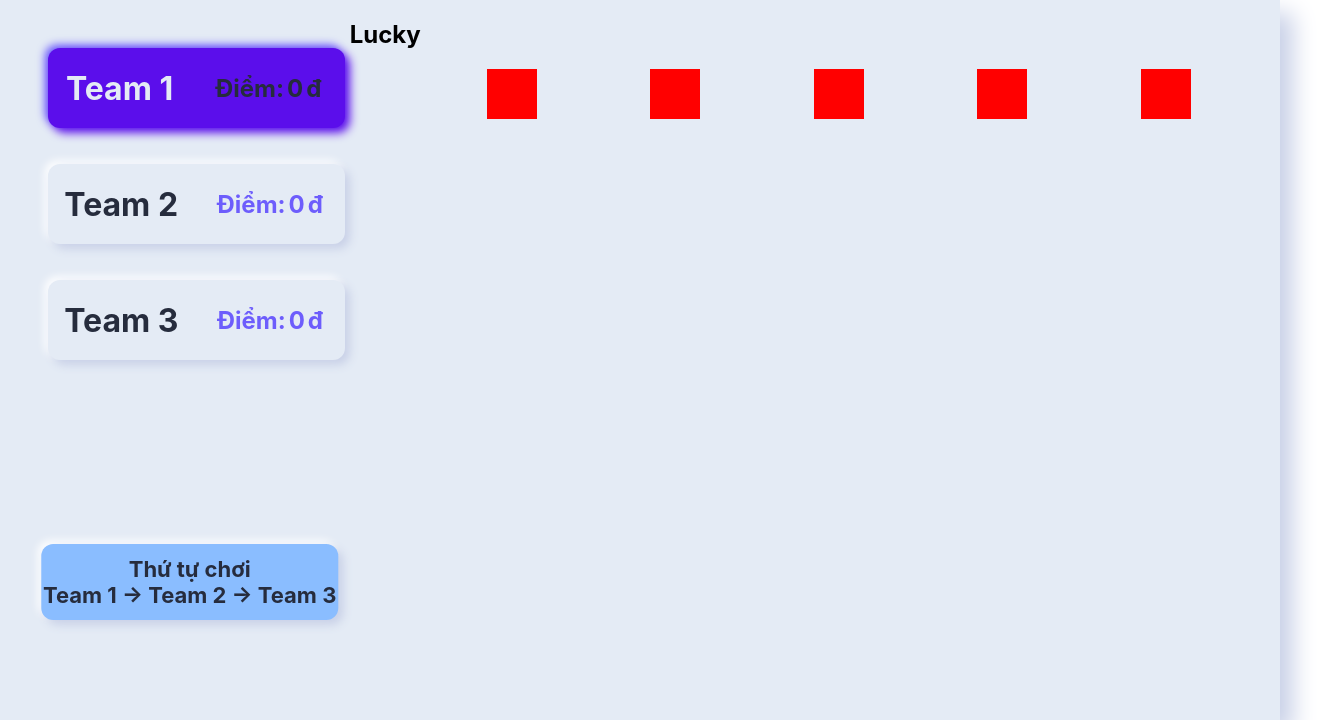
Repository: tinh2044/quzzi_game
Page: /
These files come from the project's save history. The page is drawn as it stood at one moment and after the next save; the edit follows.
The browser window is 1280 px wide. The page is 1328 px wide, so the pictures cover 1328 px, including what lies to the right of the window. The pictures show the whole page.
The project was rebuilt for these pictures with package versions that can differ from the ones it lists, and the page was loaded fresh each time. Also part of the build but not shown: src/components/Notification.jsx, src/components/AnswerItem.jsx, src/components/Question.jsx, src/components/SortTeam.jsx.

Above is the page before, as saved 2022-12-15 09:42:40.

### src/index.js
import React from 'react';
import ReactDOM from 'react-dom/client';
import './index.css';
import App from './App';
import reportWebVitals from './reportWebVitals';

const root = ReactDOM.createRoot(document.getElementById('root'));
root.render(
  // <React.StrictMode>
  <App />,
  {/* </React.StrictMode> */ }
);

// If you want to start measuring performance in your app, pass a function
// to log results (for example: reportWebVitals(console.log))
// or send to an analytics endpoint. Learn more: https://bit.ly/CRA-vitals
reportWebVitals();

### src/App.css
:root {
    --primary-light: #8abdff;
    --primary: #6d5dfc;
    --primary-dark: #5b0eeb;
    --white: #ffffff;
    --greyLight-1: #e4ebf5;
    --greyLight-2: #c8d0e7;
    --greyLight-3: #bec8e4;
    --greyDark: #9baacf;
    --cl-text: #262c3d;
}
#root {
    height: 100%;
}

body {
    overflow: hidden;
    height: 100vh;
    user-select: none;
}
.App {
    height: 100%;
}
.home {
    position: relative;
    width: 100%;
    height: 100%;
    background: var(--greyLight-1);
    display: flex;
    box-shadow: 0.8rem 0.8rem 1.4rem var(--greyLight-2), -0.2rem -0.2rem 1.8rem var(--white);
}

.team {
    width: 35%;
    height: 100%;
    position: relative;
    padding: 0 12px;
    animation: FadeToLeft 0.8s linear;
}

.team_item {
    position: absolute;
    top: 12px;
    height: 80px;
    width: 85%;
    display: flex;
    align-items: center;
    justify-content: space-around;
    margin: 36px;
    transition: all 0.8s linear;
    border-radius: 12px;
    box-shadow: 0.3rem 0.3rem 0.6rem var(--greyLight-2), -0.2rem -0.2rem 0.5rem var(--white);
    background: #ffffff00;
    color: var(--cl-text);
}
.team_item:nth-child(2) {
    animation-duration: 1.5s;
}
.team_item:nth-child(3) {
    animation-duration: 2.5s;
}
.point {
    display: flex;
    align-items: center;
    color: var(--primary);
    font-weight: bold;
    font-size: 24px;
    margin: 0 3px;
}
.number,
.team_item p {
    margin: 0 3px;
}
.order-team {
    position: absolute;
    left: 50%;
    transform: translateX(-45%);
    bottom: 100px;
    width: 85%;
    padding: 12px 0;
    border-radius: 12px;
    box-shadow: 0.3rem 0.3rem 0.6rem var(--greyLight-2), -0.2rem -0.2rem 0.5rem var(--white);
    background: var(--primary-light);
    font-size: 22px;
    font-weight: bold;
    color: var(--cl-text);
    display: flex;
    flex-direction: column;
    align-items: center;
    justify-content: center;
}
.order-team p {
    margin: 0;
}
.active {
    background: var(--primary-dark);
    color: var(--greyLight-1);
    box-shadow: 0.3rem 0.3rem 0.6rem var(--primary-dark), -0.2rem -0.2rem 0.5rem var(--primary);
}
.active .point,
.active .number {
    color: var(--cl-text);
}
.question {
    width: 50%;
    flex: 1;
    padding: 24px;
}
.question h1 {
    box-shadow: 0.3rem 0.3rem 0.6rem var(--greyLight-2), -0.2rem -0.2rem 0.5rem var(--white);
    border-radius: 12px;
    padding: 4px;
    text-align: center;
    animation: FadeToTop 3s cubic-bezier(0.075, 0.82, 0.165, 1);
}

.answer {
    display: flex;
    flex-wrap: wrap;
    justify-content: space-between;
    padding: 24px;
}
.answer-item {
    width: 40%;
    background: var(--greyLight-3);
    padding: 10px;
    border-radius: 8px;
    transition: background 0.3s linear, opacity 1s ease-out, transform 0.3s linear;
    cursor: pointer;

    box-shadow: 0.3rem 0.3rem 0.6rem var(--greyLight-2), -0.2rem -0.2rem 0.5rem var(--white);
}
.answer-item:hover {
    background: var(--primary-light);
    transform: scale(1.1);
}

.A,
.C {
    animation: FadeToLeft 1s cubic-bezier(0.25, 0.46, 0.45, 0.94);
}

.B,
.D {
    animation: FadeToRight 1s cubic-bezier(0.25, 0.46, 0.45, 0.94);
}
.C,
.D {
    animation-duration: 1.8s;
}

.incorrect {
    background-color: #f44336 !important;
    opacity: 0;
    transition: background 0.3s linear, opacity 1s ease-out, transform 0.8s linear;
    transform: scale(0) !important;
}
.correct {
    background-color: #4caf50 !important;
    transform: scale(1.15);
}
.correct:hover {
    transform: scale(1.15);
}

.note {
    min-height: 36px;
    margin-top: 54px;
    animation: FadeToBottom 4s cubic-bezier(0.075, 0.82, 0.165, 1);
    background: var(--greyLight-1);
    box-shadow: 0.3rem 0.3rem 0.6rem var(--greyLight-2), -0.2rem -0.2rem 0.5rem var(--white);
    padding: 8px;
    border-radius: 12px;
    position: relative;
}

.note p {
    margin: 0;
    font-size: 32px;
    font-weight: bold;
    color: #40485a;
    text-align: center;
}

.overlay {
    width: 100%;
    height: 100%;
    display: flex;
    align-items: center;
    justify-content: center;
}

.sort-team {
    width: 50%;
    height: 40%;
    display: flex;
    flex-direction: column;
    align-items: center;
    background-color: var(--greyLight-1);
    border-radius: 1rem;
    box-shadow: 0.3rem 0.3rem 0.6rem var(--greyLight-2), -0.2rem -0.2rem 0.5rem var(--greyLight-2);
    padding: 12px;
    padding-top: 36px;
    animation: Scale 2s cubic-bezier(0.19, 1, 0.22, 1);
}
.sort-team label {
    width: 80%;
    box-shadow: 0.3rem 0.3rem 0.6rem var(--greyLight-2), -0.2rem -0.2rem 0.5rem var(--greyLight-2);
    padding: 8px;
    font-size: 24px;
    font-weight: bold;
    color: var(--cl-text);
    border-radius: 8px;
    text-align: center;
    cursor: pointer;
}

.sort-team #input {
    height: 42px;
    width: 85%;
    margin: 24px;
    border: none;
    border-radius: 16px;
    font-size: 1.3rem;
    padding-left: 12px;
    box-shadow: inset 0.2rem 0.2rem 0.5rem var(--greyLight-2), inset -0.2rem -0.2rem 0.5rem var(--white);
    color: var(--greyDark);
}
input:focus {
    border: none;
    outline: none;
}

.button-submit {
    width: 35%;
    display: flex;
    align-items: center;
    justify-content: center;
    border-radius: 1rem;
    font-size: 1.5rem;
    padding: 8px 4px;
    color: var(--cl-text);
    font-weight: bold;
    box-shadow: 0.3rem 0.3rem 0.6rem var(--greyLight-2), -0.2rem -0.2rem 0.5rem var(--greyLight-2);
    transition: all 0.3s cubic-bezier(0.47, 0, 0.745, 0.715);
    cursor: pointer;
}
.button-submit:hover {
    transform: scale(1.2);
    box-shadow: 0.3rem 0.3rem 0.6rem var(--greyDark), -0.2rem -0.2rem 0.5rem var(--greyDark);
}
@keyframes FadeToTop {
    0% {
        transform: translateY(-42px);
        opacity: 0;
    }
    100% {
        transform: translateY(0px);
        opacity: 1;
    }
}
@keyframes FadeToBottom {
    0% {
        transform: translateY(100px);
        opacity: 0;
    }
    100% {
        transform: translateY(0px);
        opacity: 1;
    }
}
@keyframes FadeToLeft {
    0% {
        transform: translateX(-100px);
        opacity: 0;
    }
    100% {
        transform: translateY(0px);
        opacity: 1;
    }
}
@keyframes FadeToRight {
    0% {
        transform: translateX(100px);
        opacity: 0;
    }
    100% {
        transform: translateY(0px);
        opacity: 1;
    }
}
@keyframes Scale {
    0% {
        transform: scale(0.3);
        opacity: 0;
    }
    100% {
        transform: scale(1);
        opacity: 1;
    }
}
.lucky {
    width: 100%;
}
.main-lucky {
    width: 100%;
    display: flex;
    align-items: center;
    justify-content: space-evenly;
    padding: 0 24px;
}
.item-lucky {
    width: 50px;
    height: 50px;
    background-color: red;
}

### src/components/Home.jsx
import React, { useCallback, useLayoutEffect, useState } from 'react'

import Question from './Question'
import Team from './Team'
import SortTeam from './SortTeam'

import listQuestion from '../data'
import { listTeam } from '../data'
import LuckyWheel from './LuckyWheel'

import "../App.css"
function Home() {
  const [newListTeam, setNewListTeam] = useState(listTeam)
  const [activeTeam, setActiveTeam] = useState(1);
  const [crrQuestion, setCrrQuestion] = useState(listQuestion[0])
  const [correct, setCorrect] = useState(false)
  const [showTeam, setShowTeam] = useState(true)
  const [showWheel, setShowWheel] = useState(true)
  const handleNextQuestion = useCallback((e) => {

    if (e.keyCode === 13 && correct) {
      setActiveTeam((prev) => prev < 3 ? prev + 1 : 1)
      setCorrect(false)
      setCrrQuestion((prev) => {
        const crrIndex = listQuestion.indexOf(prev)
        if (crrIndex < listQuestion.length - 1) {
          return listQuestion[crrIndex + 1]
        }
        else return listQuestion[0]
      })
    }
  }, [correct])


  useLayoutEffect(() => {
    window.addEventListener("keyup", handleNextQuestion)

  }, [handleNextQuestion])

  return (
    <div className="home">
      {
        showTeam ? <Team listTeam={newListTeam} activeTeam={activeTeam} correct={correct} />
          : <SortTeam setShowTeam={setShowTeam} setTeam={setNewListTeam} team={newListTeam} />
      }
      {
        showWheel ? <LuckyWheel />
          : <Question
            question={crrQuestion}
            setQuestion={setCrrQuestion}
            lengthListQuestion={listQuestion.length}
            setActiveTeam={setActiveTeam}
            setNewListTeam={setNewListTeam}
            activeTeam={activeTeam}
            setCorrect={setCorrect}
            correct={correct}
            listTeam={newListTeam}
            showTeam={showTeam}
          />
      }




    </div>
  )
}

export default Home

### src/components/Team.jsx
import React from 'react'


import "../App.css"
import TeamItem from './TeamItem'

function Team({ listTeam, activeTeam, correct }) {
  const orderTeam = listTeam.map(item => item.name).join(" -> ")

  return (
    <div className='team'>
      {listTeam.map(item => (
        <TeamItem key={item.id} team={item} activeTeam={activeTeam} correct={correct} />
      ))}
      <div className='order-team'>
        <p >Thứ tự chơi</p>
        {orderTeam}
      </div>
    </div>
  )
}

export default Team

### src/data/index.js
const listQuestion = [
    {
        id: 1,
        nameQuestion: 'Ứng với công thức C4H8O2 có bao nhiêu este là đồng phân của nhau ?',
        answer: {
            A: "2",
            B: "3",
            C: "4",
            D: "5"
        },
        correct: "C",
    },
    {
        id: 2,
        nameQuestion: 'Este có mùi dứa là?',
        answer: {
            A: "isoamyl axetat",
            B: "etyl butirat",
            C: "etyl axetat",
            D: "geranyl axctat"
        },
        correct: "B",
    },
    {
        id: 3,
        nameQuestion: 'Este nào sau đây khi phản ứng với dung dịch NaOH dư, đun nóng không tạo ra hai muối?',
        answer: {
            A: "C6H5COOC6H5 (phenyl benzoat)",
            B: "CH3COO-[CH2]2-OOCCH2CH3",
            C: "CH3OOC-COOCH",
            D: "CH3COOC6H5 (phenyl axetat)"
        },
        correct: "C",
    },
    {
        id: 4,
        nameQuestion: 'Đun nóng este HCOOCH3 với một lượng vừa đủ dung dịch NaOH, sản phẩm thu được là?',
        answer: {
            A: "CH3COONa và C2H5OH",
            B: "HCOONa và CH3OH",
            C: "HCOONa và C2H5OH",
            D: "CH3COONa và CH3OH"
        },
        correct: "B",
    },
    {
        id: 5,
        nameQuestion: 'Este X chứa vòng benzen có công thức phân từ là C8H8C2. số công thức cấu tạo của X là ',
        answer: {
            A: "3",
            B: "4",
            C: "5",
            D: "6"
        },
        correct: "D",
    },
    {
        id: 6,
        nameQuestion: 'Xà phòng hoá chất nào sau đây thu được glixerol?',
        answer: {
            A: "tristearin",
            B: "metyl axetat",
            C: "metyl fomat",
            D: "benzyl axetat"
        },
        correct: "A",
    },
    {
        id: 7,
        nameQuestion: 'Chất nào sau đây có phân tử khối lớn nhất ?',
        answer: {
            A: "triolein ",
            B: "tripanmitin ",
            C: " tristearin",
            D: "trilinolein"
        },
        correct: "B",
    },
    {
        id: 8,
        nameQuestion: 'Nước ta nằm ở vị trí: ?',
        answer: {
            A: "rìa phía Đông của bán đảo Đông Dương ",
            B: "rìa phía Tây của bán đảo Đông Dương ",
            C: "trung tâm châu Á",
            D: "phía đông Đông Nam Á"
        },
        correct: "A",
    }, {
        id: 9,
        nameQuestion: 'Nằm ở rìa phía Đông của bán đảo Đông Dương là nước: ?',
        answer: {
            A: "Lào ",
            B: "Campuchia ",
            C: "Việt Nam",
            D: "Mi-an-ma"
        },
        correct: "C",
    }, {
        id: 10,
        nameQuestion: 'Điểm cực Bắc của nước ta là xã Lũng Cú thuộc tỉnh: ?',
        answer: {
            A: "Cao Bằng ",
            B: " Hà Giang ",
            C: "Yên Bái",
            D: "Lạng Sơn"
        },
        correct: "B",
    }, {
        id: 11,
        nameQuestion: 'Điểm cực Đông của nước ta là xã Vạn Thạnh thuộc tỉnh: ?',
        answer: {
            A: " Ninh Thuận ",
            B: " Khánh Hòa ",
            C: " Đà Nẵng",
            D: "Phú Yên"
        },
        correct: "B",
    }, {
        id: 12,
        nameQuestion: 'Ở tỉnh Khánh Hòa có một đặc điểm tự nhiên rất đặc biệt là: ?',
        answer: {
            A: "Là tỉnh duy nhất có nhiều đảo ",
            B: "Là tỉnh có điểm cực Đông nước ta ",
            C: "Là tỉnh có nhiều hải sản nhất",
            D: "Là tỉnh có nhiều than nhất"
        },
        correct: "B",
    },
    {
        id: 13,
        nameQuestion: 'Đặc điểm nào sau đây không đúng với lãnh thổ nước ta ?',
        answer: {
            A: "Nằm hoàn toàn trong vùng nhiệt đới nửa cầu Bắc ",
            B: "Nằm trọn trong múi giờ số 8 ",
            C: "Nằm trong vùng có khí hậu nhiệt đới ẩm gió mùa",
            D: "Nằm trong vùng chịu ảnh hưởng của gió Mậu dịch "
        },
        correct: "B",
    },

]

export const listTeam = [{
    name: "Team 1",
    points: 0,
    rank: 1,
    id: 1,
}, {
    name: "Team 2",
    points: 0,
    rank: 2,
    id: 2,
}, {
    name: "Team 3",
    points: 0,
    rank: 3,
    id: 3,
}]
export const listPoints = [10, 5, 20, -5, 15, 10, 5, 20, -5, 15, 10, 5, 20, -5, 15, 10, 5, 20, -5, 15, 10, 5, 20, -5, 15, 10, 5, 20, -5, 15, 10, 5, 20, -5, 15, 10, 5, 20, -5, 15]


export default listQuestion

### src/components/LuckyWheel.jsx
import React from 'react'


const listChar = ["A", "B", "C", "D", "E", "F", "G", "H", "I", "J", "K", "L", "M", "N", "O", "P", "Q", "R", "S", "T", "U", "V", "X", "Y", "W"]
function LuckyWheel() {

    console.log(listChar.length)


    return (
        <div className='lucky'>
            <h2>Lucky</h2>

            <div className='main-lucky'>
                <div className='item-lucky A'></div>
                <div className='item-lucky B'></div>
                <div className='item-lucky C'></div>
                <div className='item-lucky D'></div>
                <div className='item-lucky F'></div>
            </div>
        </div>
    )
}

export default LuckyWheel

### src/components/TeamItem.jsx
import React, { useEffect, useState } from 'react'
import CountUp from "react-countup"

function TeamItem({ team, activeTeam, correct }) {
    const [showTeam, setShowTeam] = useState(false)
    const [crrPoint, setCrrPoint] = useState(0)
    useEffect(() => {
        setTimeout(() => {
            setShowTeam(true)
        }, 300 * team.id);
    }, [team])
    return (
        <div key={team.id} className={`team_item ${team.id === activeTeam ? "active" : ""}`} style={{ transform: `translate(${!showTeam ? -500 : 0}px,${116 * (team.rank - 1)}px)` }}>
            <h1>{team.name}</h1>
            <div className='point'>
                <p>Điểm: </p>
                {
                    crrPoint !== team.points ? <CountUp separator='' className='number' end={team.points} start={crrPoint} duration={1.5} onEnd={() => setCrrPoint(team.points)} />
                        : crrPoint
                }
                <p>đ</p>
            </div>
        </div>
    )
}

export default TeamItem

Loaded but not shown: public/index.html (common file); src/index.css (common file); src/App.js (common file); src/reportWebVitals.js (common file)

After the next save:
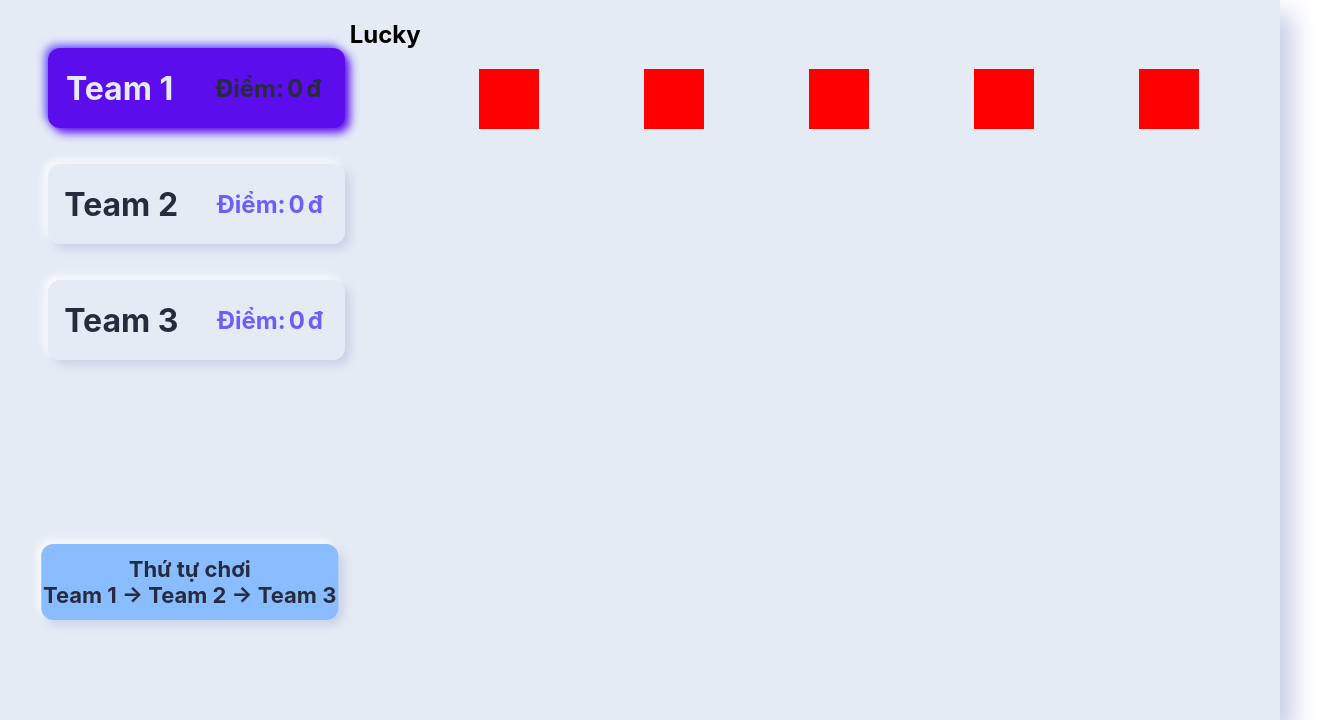
Saved 24 s later.
--- a/src/App.css
+++ b/src/App.css
@@ -310,7 +310,7 @@ input:focus {
     padding: 0 24px;
 }
 .item-lucky {
-    width: 50px;
-    height: 50px;
+    width: 60px;
+    height: 60px;
     background-color: red;
 }
